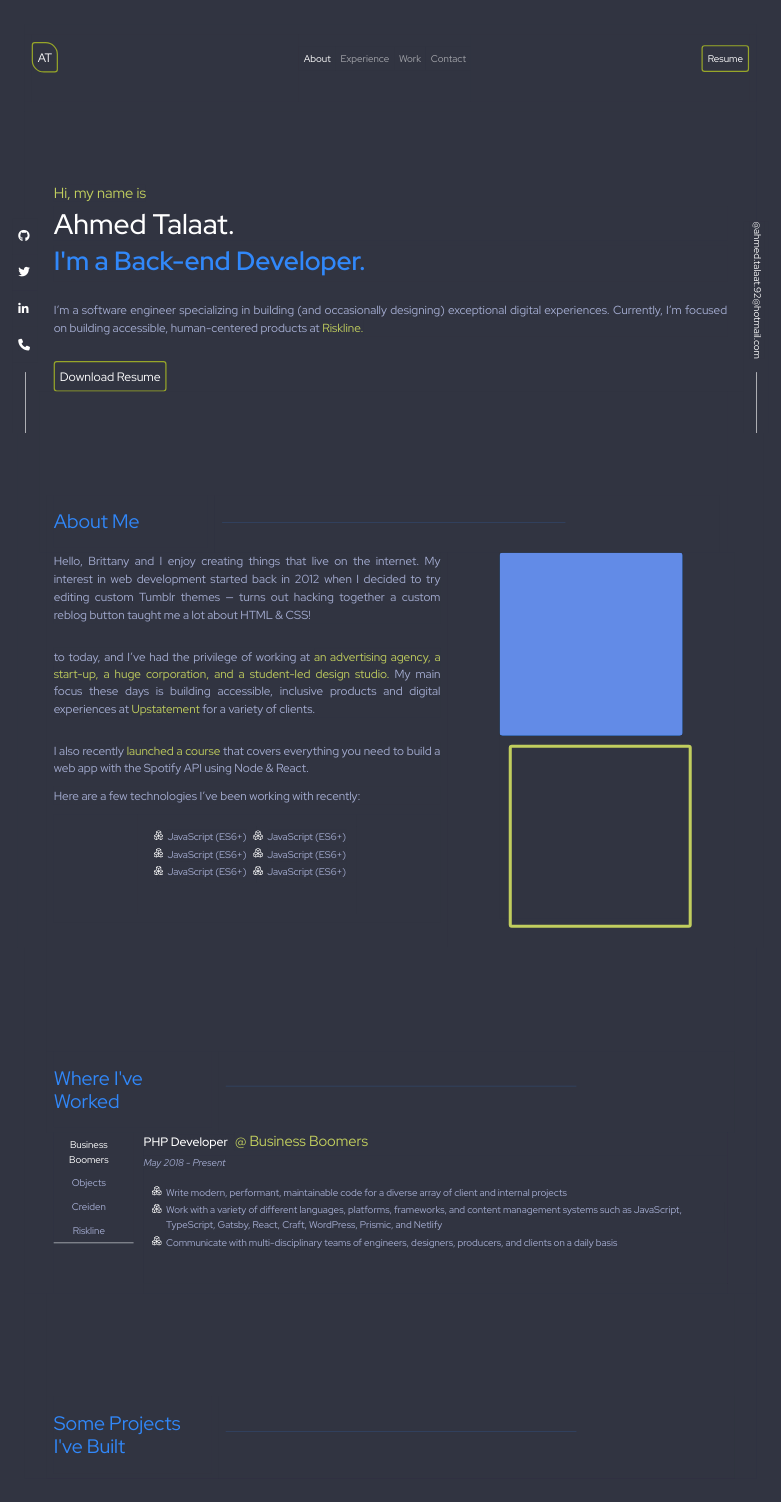
Repository: aya7abbal/Talaat-s-Portfolio
Page: index.html
An editor plug-in stored every save of this project. The page is shown before and after the next save, followed by the edit.
The browser window is 1280 px wide. The pictures show the whole page, at 61% of full size.
Pictures or frames that could not be fetched are drawn as grey boxes. Some web libraries are served in a nearby version. The style sheet was rebuilt from its Sass, Less or Tailwind sources for each picture, by a compiler version that may differ from the author's.

Above is the page before, as saved 2022-02-07 14:07:29.

After the next save:
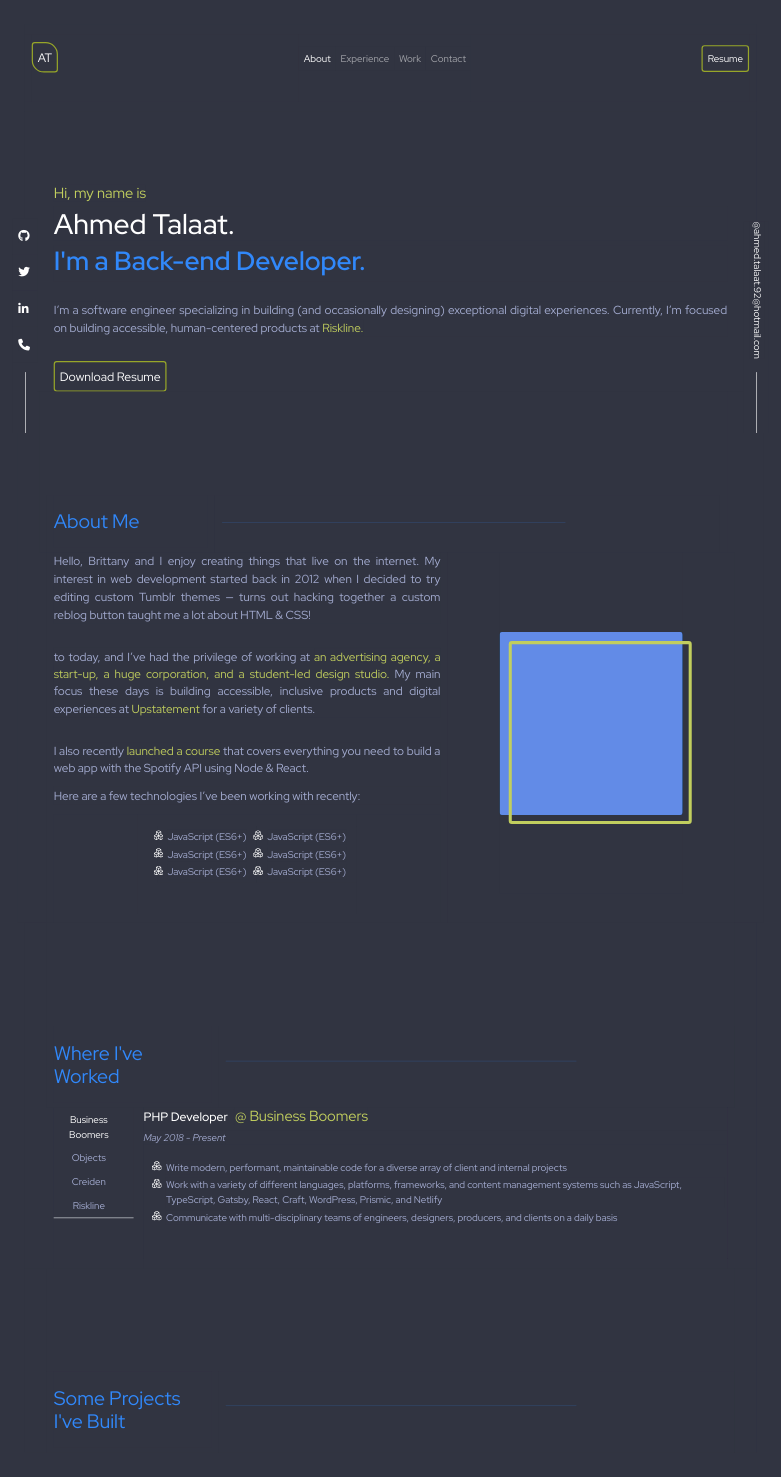
Saved 10 s later.
--- a/styles/variables/_images.scss
+++ b/styles/variables/_images.scss
@@ -23,8 +23,8 @@
   }
 
   .about-img__border {
-    // position: absolute;
-    // // bottom: 0px;
+    position: absolute;
+    // bottom: 0px;
     border: 5px solid var(--lgreen);
     border-radius: 5px;
     width: 300px;
